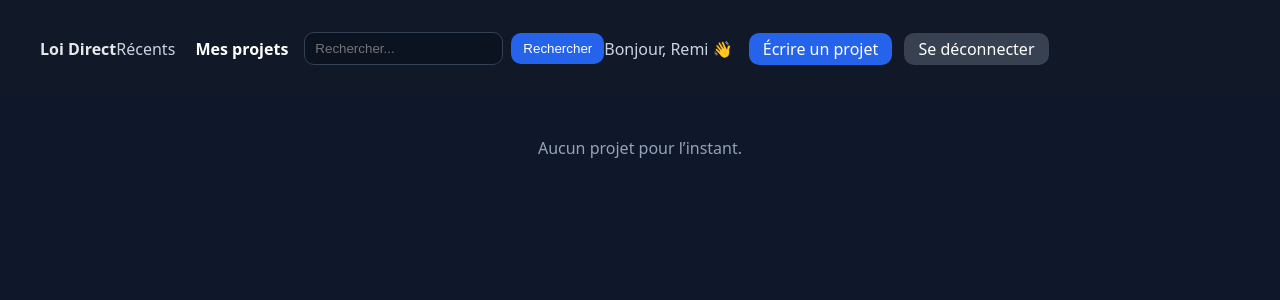
Repository: remi77130/loi-direct
Page: http://localhost/loi/index.php?mine=1
The author's editor kept a copy of each file at every save. The page is drawn from the files as they stood at one save, then again after the next save.
The browser window is 1280 px wide. The pictures show the whole page.
The page is run by PHP 8.4 with error messages shown; the project is at /var/www/html/. The session is filled in as if someone had signed in: {"user_id": 37, "pseudo": "Remi"}. The database holds what the project's SQL file puts in it.

Above is the page before, as saved 2025-09-16 13:33:13.

After the next save:
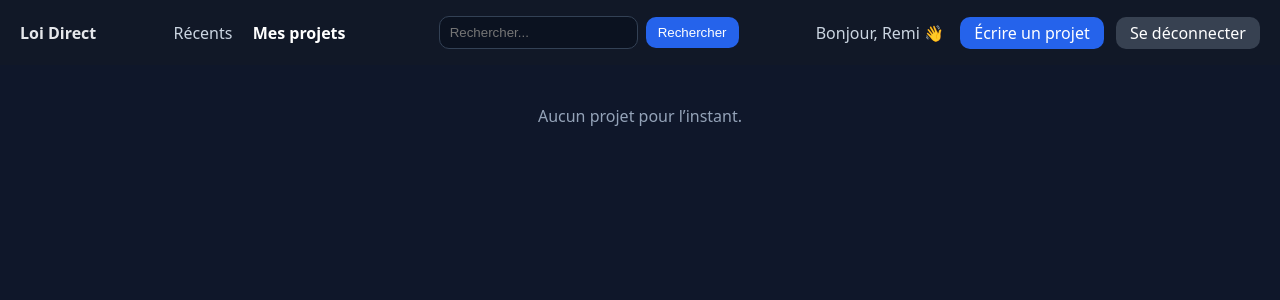
Saved 12 s later.
--- a/index.php
+++ b/index.php
@@ -119,7 +119,7 @@ $totalPages = max(1, (int)ceil($totalRows / $per));
 </style>
 </head>
 <body>
-<header>
+
 <header>
   <div class="brand">Loi Direct</div>
 
@@ -148,7 +148,6 @@ $totalPages = max(1, (int)ceil($totalRows / $per));
   </div>
 </header>
 
-</header>
 
 <main class="wrap">
 
